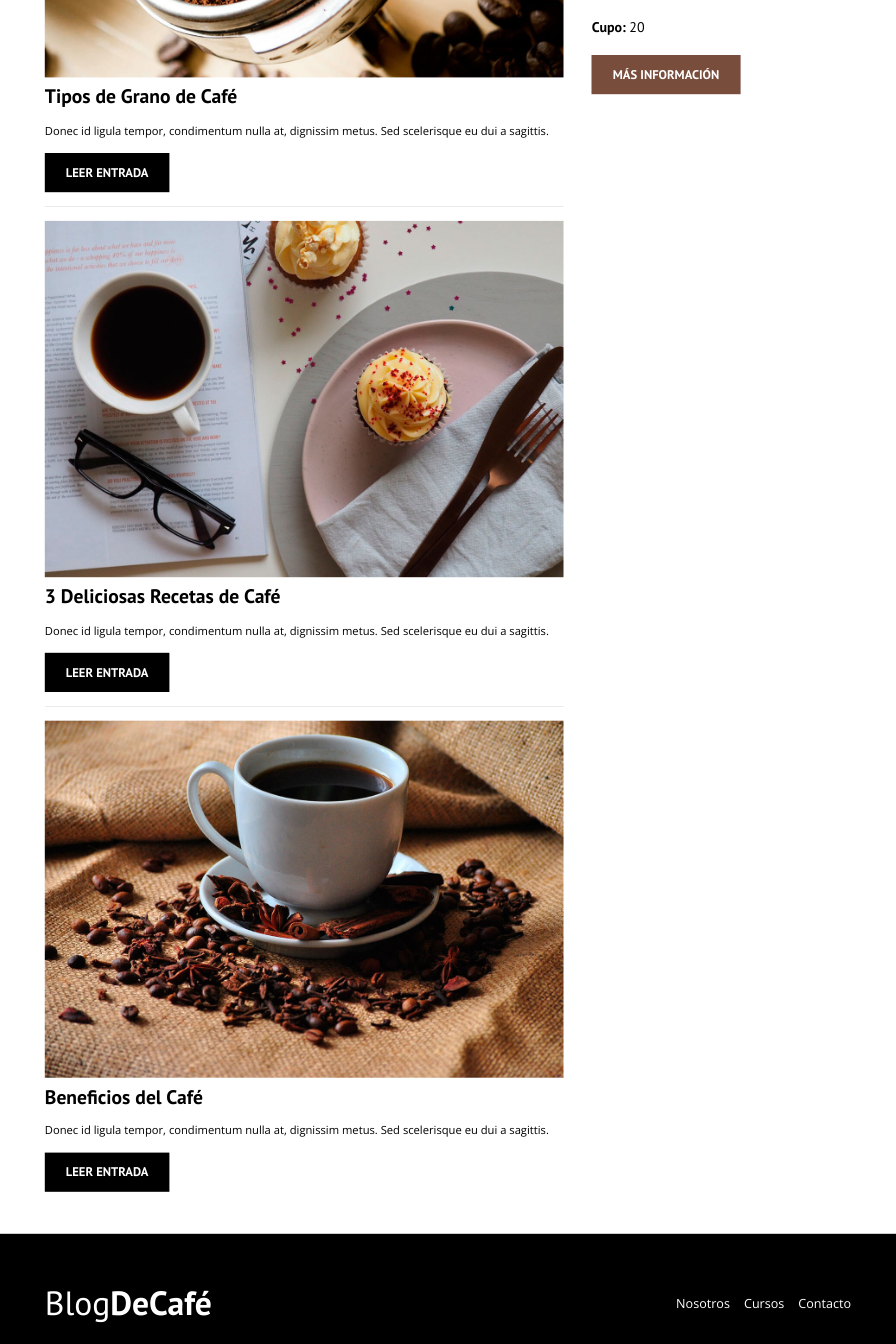
Repository: araque1990/blog_de_cafe
Page: index.html
The author's editor kept a copy of each file at every save. The page is drawn from the files as they stood at one save, then again after the next save.
The browser window is 1280 px wide. The pictures show the part of the page from y = 1102 to 3022 px (the page is 3022 px tall before and 2992 px after), at 70% of full size.

Above is the page before, as saved 2023-01-12 17:43:10.

After the next save:
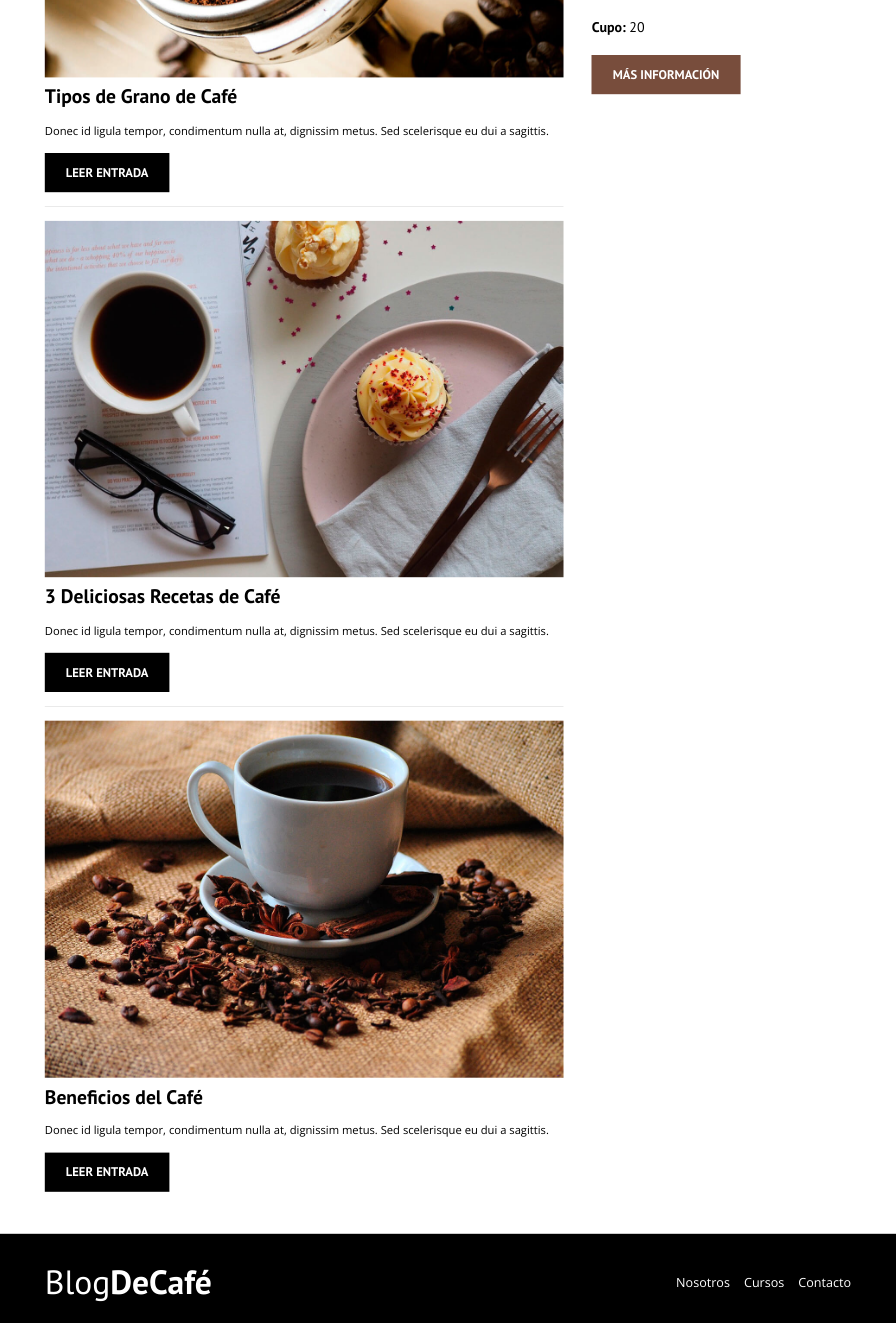
Saved 37 s later.
--- a/css/styles.css
+++ b/css/styles.css
@@ -177,6 +177,6 @@ img {
 
 .footer {
   background-color: var(--negro);
-  padding: 3rem 0;
+  padding-bottom: 3rem;
   margin-top: 4rem;
 }
